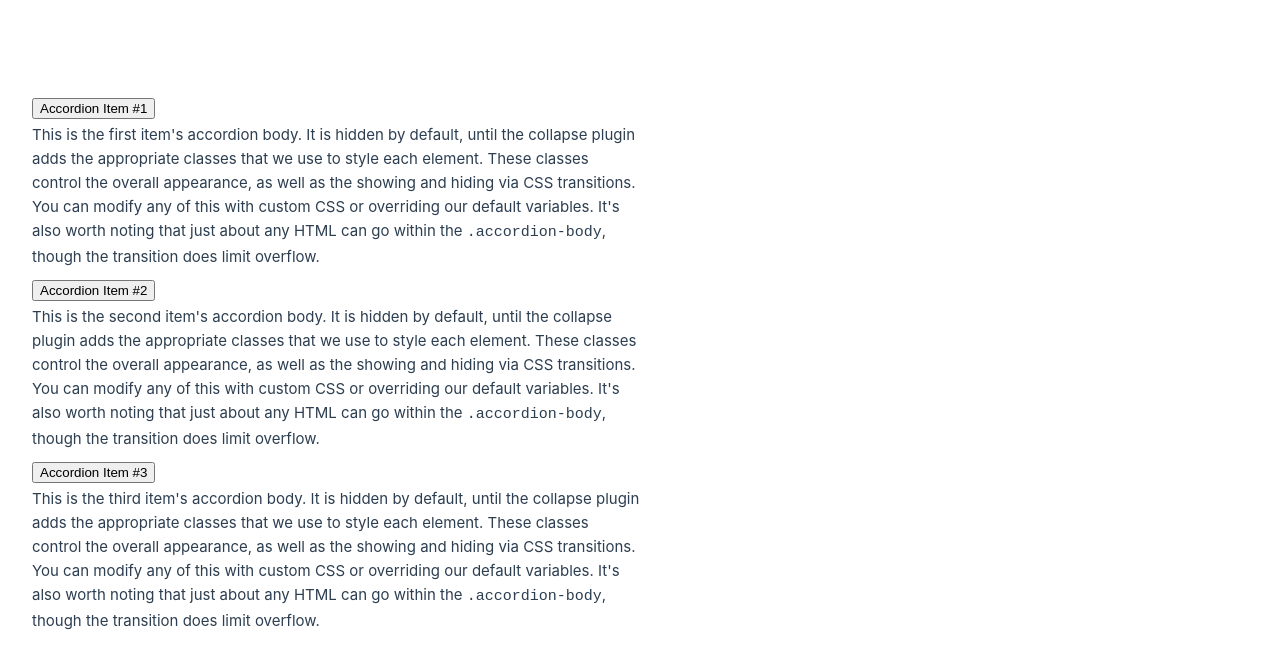
Repository: stancillous/package-yangu-logistics
Page: /
The author's editor kept a copy of each file at every save. The page is drawn from the files as they stood at one save, then again after a run of saves.
The browser window is 1280 px wide. The pictures show the whole page.
The project was rebuilt for these pictures with package versions that can differ from the ones it lists, and the page was loaded fresh each time. Also part of the build but not shown: vite.config.ts.

Above is the page before, as saved 2025-01-31 10:56:51.

### index.html
<!DOCTYPE html>
<html lang="">
  <head>
    <meta charset="UTF-8">
    <link rel="icon" href="/favicon.ico">
    <!-- <link rel="stylesheet" href="public/bootstrap/bootstrap.min.css"> -->
    <meta name="viewport" content="width=device-width, initial-scale=1.0">
    <title>Courier</title>
  </head>
  <body>
    <div id="app"></div>
    <script type="module" src="/src/main.ts"></script>
  </body>
</html>

### src/App.vue
<script setup lang="ts">
import { RouterLink, RouterView } from 'vue-router'
import Index from './views/Index.vue'
</script>

<template>
  <div>
    <Index/>
  </div>

</template>

<style scoped>

body{
  border: 8px solid red !important;
}
</style>

### src/router/index.ts
import { createRouter, createWebHistory } from 'vue-router'
import Index from '../views/Index.vue'

const router = createRouter({
  history: createWebHistory(import.meta.env.BASE_URL),
  routes: [
    {
      path: '/',
      name: 'home',
      component: Index,
    },
    // {
    //   path: '/about',
    //   name: 'about',
    //   // route level code-splitting
    //   // this generates a separate chunk (About.[hash].js) for this route
    //   // which is lazy-loaded when the route is visited.
    //   component: () => import('../views/AboutView.vue'),
    // },
  ],
})

export default router

### src/views/Index.vue
<template>
    <div>
        <div class="accordion" id="accordionExample">
    <div class="accordion-item">
        <h2 class="accordion-header" id="headingOne">
            <button class="accordion-button" type="button" data-bs-toggle="collapse" data-bs-target="#collapseOne" aria-expanded="true" aria-controls="collapseOne">
                Accordion Item #1
            </button>
        </h2>
        <div id="collapseOne" class="accordion-collapse collapse show" aria-labelledby="headingOne" data-bs-parent="#accordionExample">
            <div class="accordion-body">
                <strong>This is the first item's accordion body.</strong> It is hidden by default, until the collapse plugin adds the appropriate classes that we use to style each element. These classes control the overall appearance, as well as the showing and hiding via CSS transitions. You can modify any of this with custom CSS or overriding our default variables. It's also worth noting that just about any HTML can go within the <code>.accordion-body</code>, though the transition does limit overflow.
            </div>
        </div>
    </div>
    <div class="accordion-item">
        <h2 class="accordion-header" id="headingTwo">
            <button class="accordion-button collapsed" type="button" data-bs-toggle="collapse" data-bs-target="#collapseTwo" aria-expanded="false" aria-controls="collapseTwo">
                Accordion Item #2
            </button>
        </h2>
        <div id="collapseTwo" class="accordion-collapse collapse" aria-labelledby="headingTwo" data-bs-parent="#accordionExample">
            <div class="accordion-body">
                <strong>This is the second item's accordion body.</strong> It is hidden by default, until the collapse plugin adds the appropriate classes that we use to style each element. These classes control the overall appearance, as well as the showing and hiding via CSS transitions. You can modify any of this with custom CSS or overriding our default variables. It's also worth noting that just about any HTML can go within the <code>.accordion-body</code>, though the transition does limit overflow.
            </div>
        </div>
    </div>
    <div class="accordion-item">
        <h2 class="accordion-header" id="headingThree">
            <button class="accordion-button collapsed" type="button" data-bs-toggle="collapse" data-bs-target="#collapseThree" aria-expanded="false" aria-controls="collapseThree">
                Accordion Item #3
            </button>
        </h2>
        <div id="collapseThree" class="accordion-collapse collapse" aria-labelledby="headingThree" data-bs-parent="#accordionExample">
            <div class="accordion-body">
                <strong>This is the third item's accordion body.</strong> It is hidden by default, until the collapse plugin adds the appropriate classes that we use to style each element. These classes control the overall appearance, as well as the showing and hiding via CSS transitions. You can modify any of this with custom CSS or overriding our default variables. It's also worth noting that just about any HTML can go within the <code>.accordion-body</code>, though the transition does limit overflow.
            </div>
        </div>
    </div>
</div>
    </div>
</template>

<script setup lang="ts">

</script>

<style scoped lang="scss">

</style>

Loaded but not shown: src/main.ts (common file); src/assets/main.css (common file); src/assets/base.css (common file)

After the next 2 saves:
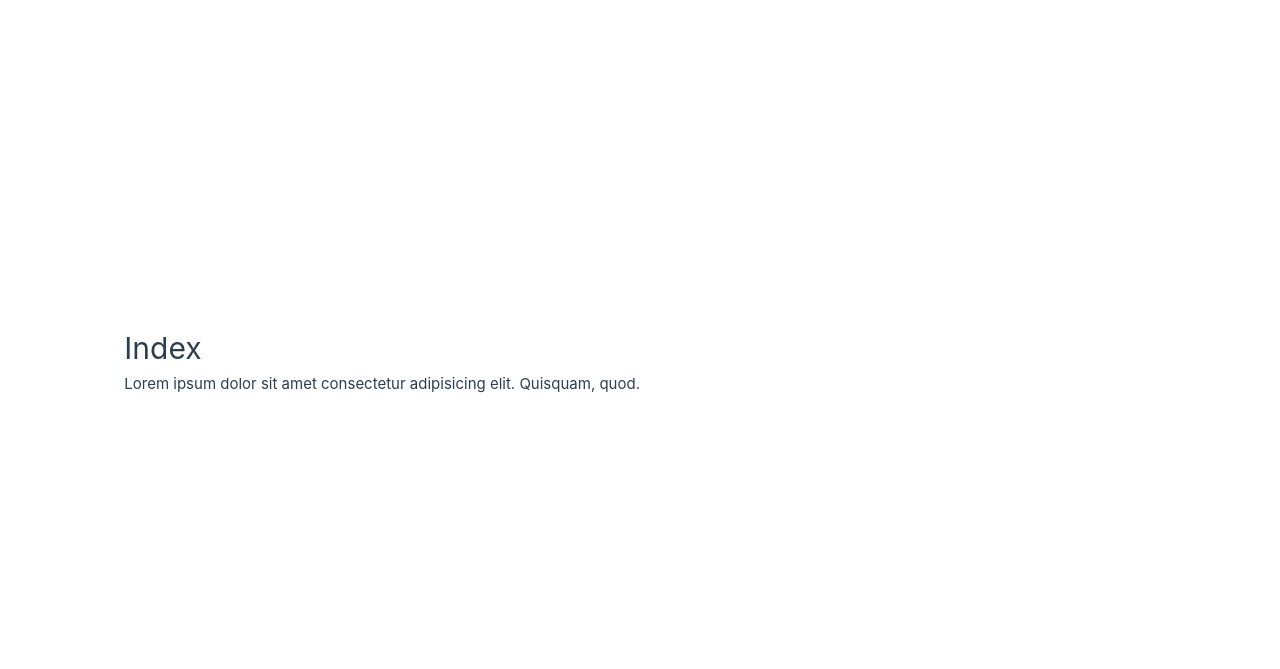
The 2 saves are shown as one change because they came seconds apart.
The last was saved 6 s later.
--- a/src/views/Index.vue
+++ b/src/views/Index.vue
@@ -1,43 +1,7 @@
 <template>
     <div>
-        <div class="accordion" id="accordionExample">
-    <div class="accordion-item">
-        <h2 class="accordion-header" id="headingOne">
-            <button class="accordion-button" type="button" data-bs-toggle="collapse" data-bs-target="#collapseOne" aria-expanded="true" aria-controls="collapseOne">
-                Accordion Item #1
-            </button>
-        </h2>
-        <div id="collapseOne" class="accordion-collapse collapse show" aria-labelledby="headingOne" data-bs-parent="#accordionExample">
-            <div class="accordion-body">
-                <strong>This is the first item's accordion body.</strong> It is hidden by default, until the collapse plugin adds the appropriate classes that we use to style each element. These classes control the overall appearance, as well as the showing and hiding via CSS transitions. You can modify any of this with custom CSS or overriding our default variables. It's also worth noting that just about any HTML can go within the <code>.accordion-body</code>, though the transition does limit overflow.
-            </div>
-        </div>
-    </div>
-    <div class="accordion-item">
-        <h2 class="accordion-header" id="headingTwo">
-            <button class="accordion-button collapsed" type="button" data-bs-toggle="collapse" data-bs-target="#collapseTwo" aria-expanded="false" aria-controls="collapseTwo">
-                Accordion Item #2
-            </button>
-        </h2>
-        <div id="collapseTwo" class="accordion-collapse collapse" aria-labelledby="headingTwo" data-bs-parent="#accordionExample">
-            <div class="accordion-body">
-                <strong>This is the second item's accordion body.</strong> It is hidden by default, until the collapse plugin adds the appropriate classes that we use to style each element. These classes control the overall appearance, as well as the showing and hiding via CSS transitions. You can modify any of this with custom CSS or overriding our default variables. It's also worth noting that just about any HTML can go within the <code>.accordion-body</code>, though the transition does limit overflow.
-            </div>
-        </div>
-    </div>
-    <div class="accordion-item">
-        <h2 class="accordion-header" id="headingThree">
-            <button class="accordion-button collapsed" type="button" data-bs-toggle="collapse" data-bs-target="#collapseThree" aria-expanded="false" aria-controls="collapseThree">
-                Accordion Item #3
-            </button>
-        </h2>
-        <div id="collapseThree" class="accordion-collapse collapse" aria-labelledby="headingThree" data-bs-parent="#accordionExample">
-            <div class="accordion-body">
-                <strong>This is the third item's accordion body.</strong> It is hidden by default, until the collapse plugin adds the appropriate classes that we use to style each element. These classes control the overall appearance, as well as the showing and hiding via CSS transitions. You can modify any of this with custom CSS or overriding our default variables. It's also worth noting that just about any HTML can go within the <code>.accordion-body</code>, though the transition does limit overflow.
-            </div>
-        </div>
-    </div>
-</div>
+        <h1 class="text-muted display-1 btn btn-warning">Index</h1>
+        <p>Lorem ipsum dolor sit amet consectetur adipisicing elit. Quisquam, quod.</p>
     </div>
 </template>
 
